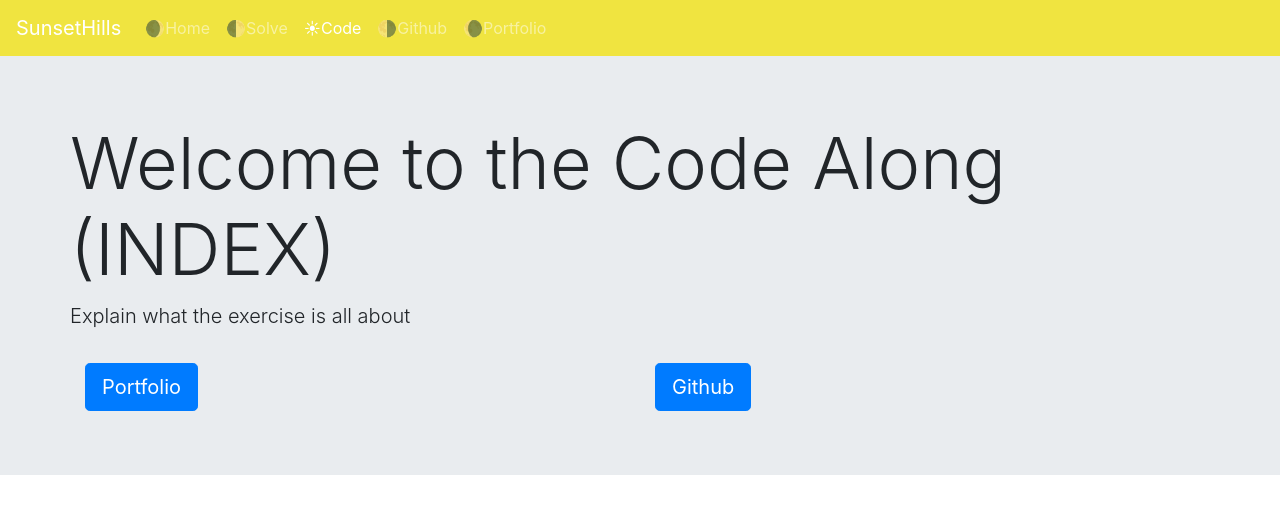
Repository: zhadjah9559/TacocatGrammar
Page: index.html
An editor plug-in stored every save of this project. The page is shown before and after the next save, followed by the edit.
The browser window is 1280 px wide. The pictures show the whole page.

Above is the page before, as saved 2021-01-14 19:45:19.

### index.html
<!doctype html>
<html lang="en">
  <head>
    <title>Index</title>
    <!-- Required meta tags -->
    <meta charset="utf-8">
    <meta name="viewport" content="width=device-width, initial-scale=1, shrink-to-fit=no">

    <!-- Bootstrap CSS -->
    <link rel="stylesheet" href="https://stackpath.bootstrapcdn.com/bootstrap/4.3.1/css/bootstrap.min.css" integrity="sha384-ggOyR0iXCbMQv3Xipma34MD+dH/1fQ784/j6cY/iJTQUOhcWr7x9JvoRxT2MZw1T" crossorigin="anonymous">
  </head>
  <body>

    <nav class="navbar navbar-expand-sm navbar-dark" style="background-color:  #F0E440;">
        <a class="navbar-brand" href="#">SunsetHills</a>
        <button class="navbar-toggler d-lg-none" type="button" data-toggle="collapse" data-target="#collapsibleNavId" aria-controls="collapsibleNavId"
            aria-expanded="false" aria-label="Toggle navigation"></button>
        <div class="collapse navbar-collapse" id="collapsibleNavId">
            <ul class="navbar-nav mr-auto mt-2 mt-lg-0">
                <li class="nav-item">
                    <a class="nav-link" href="index.html">🌒Home </a>
                </li>
                <li class="nav-item">
                    <a class="nav-link" href="solve.html">🌓Solve </a>
                </li>
                <li class="nav-item">
                    <a class="nav-link active" href="code.html">☀Code <span class="sr-only">(current)</span></a>
                </li>
                <li class="nav-item">
                    <a class="nav-link" target="_blank" href="https://github.com/zhadjah9559/SunsetHills">🌗Github</a>
                </li>
                <li class="nav-item">
                    <a class="nav-link" target="_blank" href="https://www.zacharyhadjah.netlify.app">🌘Portfolio</a>
                </li>
            </ul>
        </div>
    </nav>


    <div class="jumbotron jumbotron-fluid">
        <div class="container">
            <div class="row">
                <h1 class="display-3">Welcome to the Code Along (INDEX)</h1>
                <p class="lead">Explain what the exercise is all about</p>
                <hr class="my-2">
            </div>

            <div class="row justify-content-center mt-3">
                <div class="col">
                    <a class="btn btn-primary btn-lg" target="_blank" href="https://zacharyhadjah.netlify.app/" role="button">Portfolio</a>
                </div>
                <div class="col">
                    <a class="btn btn-primary btn-lg" target="_blank" href="https://github.com/zhadjah9559" role="button">Github</a>
                </div>
            </div>
        </div>
        </div>


    </div>



    <!-- Optional JavaScript -->
    <!-- jQuery first, then Popper.js, then Bootstrap JS -->
    <script src="https://code.jquery.com/jquery-3.3.1.slim.min.js" integrity="sha384-q8i/X+965DzO0rT7abK41JStQIAqVgRVzpbzo5smXKp4YfRvH+8abtTE1Pi6jizo" crossorigin="anonymous"></script>
    <script src="https://cdnjs.cloudflare.com/ajax/libs/popper.js/1.14.7/umd/popper.min.js" integrity="sha384-UO2eT0CpHqdSJQ6hJty5KVphtPhzWj9WO1clHTMGa3JDZwrnQq4sF86dIHNDz0W1" crossorigin="anonymous"></script>
    <script src="https://stackpath.bootstrapcdn.com/bootstrap/4.3.1/js/bootstrap.min.js" integrity="sha384-JjSmVgyd0p3pXB1rRibZUAYoIIy6OrQ6VrjIEaFf/nJGzIxFDsf4x0xIM+B07jRM" crossorigin="anonymous"></script>
  </body>
</html>

After the next save:
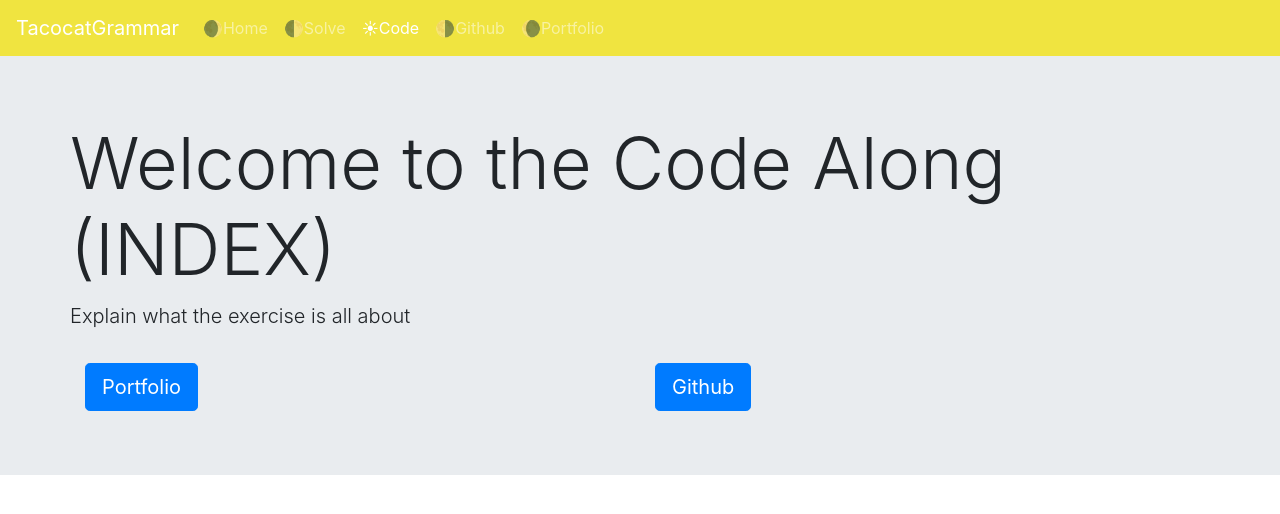
Saved 7 s later.
--- a/index.html
+++ b/index.html
@@ -12,7 +12,7 @@
   <body>
 
     <nav class="navbar navbar-expand-sm navbar-dark" style="background-color:  #F0E440;">
-        <a class="navbar-brand" href="#">SunsetHills</a>
+        <a class="navbar-brand" href="#">TacocatGrammar</a>
         <button class="navbar-toggler d-lg-none" type="button" data-toggle="collapse" data-target="#collapsibleNavId" aria-controls="collapsibleNavId"
             aria-expanded="false" aria-label="Toggle navigation"></button>
         <div class="collapse navbar-collapse" id="collapsibleNavId">
